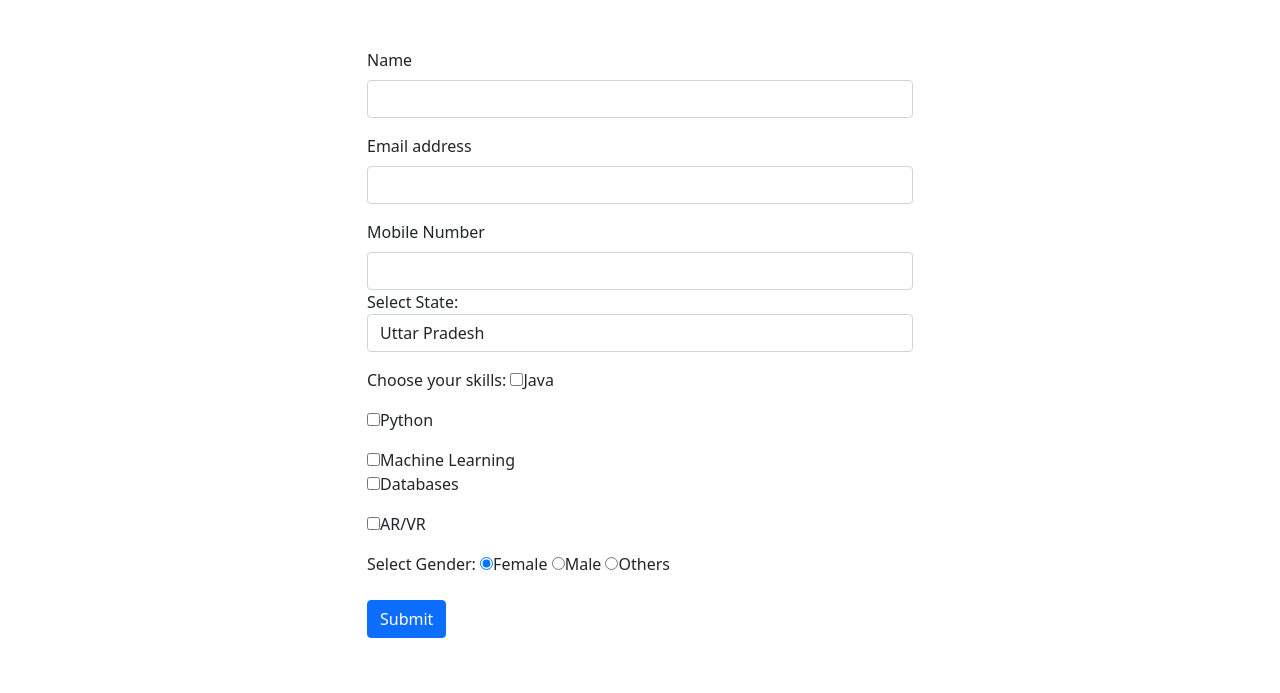
Repository: SimSri-ExtraMarks/FormHandling
Page: formHandling/form.html
An editor plug-in stored every save of this project. The page is shown before and after the next save, followed by the edit.
The browser window is 1280 px wide. The pictures show the whole page.

Above is the page before, as saved 2021-06-26 12:52:32.

After the next save:
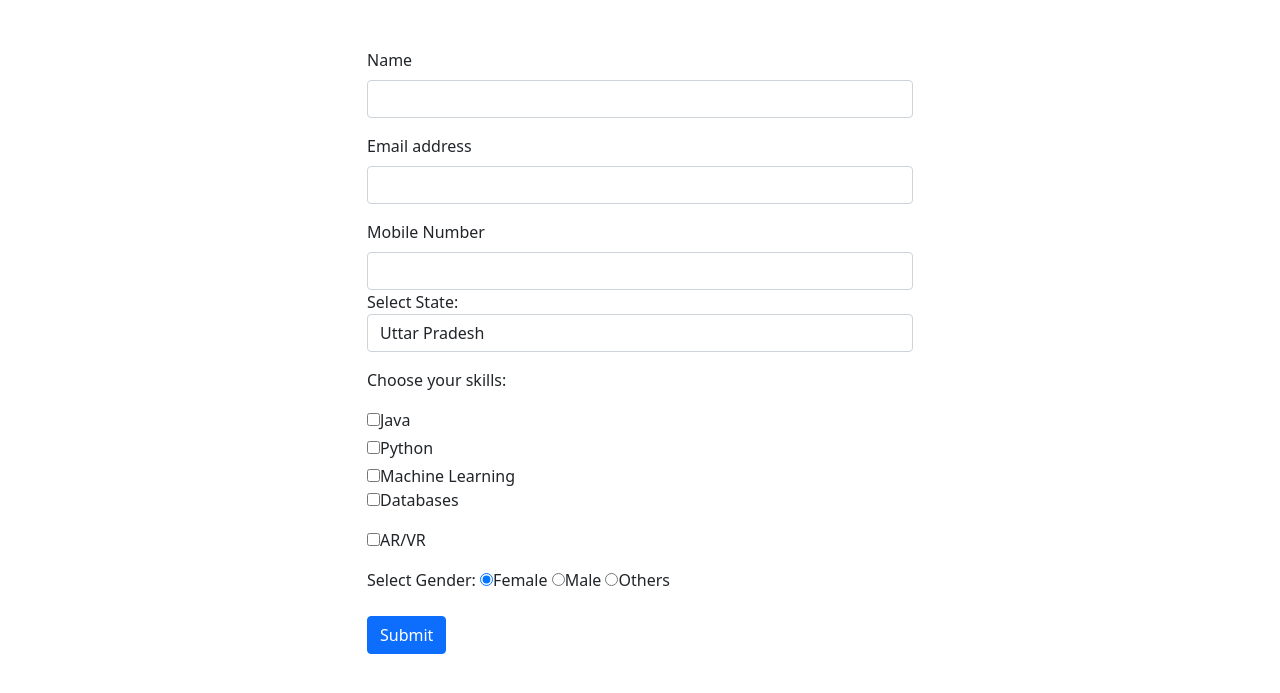
Saved 83 s later.
--- a/formHandling/form.html
+++ b/formHandling/form.html
@@ -41,9 +41,12 @@
 
 						<div class="checkbox mb-3">
 						<label for="exampleInputSkills">Choose your skills:</label>
+						</div>
+	<div class="checkbox mb-1">
   <label><input type="checkbox" value="exampleInputSkills">Java</label>
-</div>
-<div class="checkbox mb-3">
+  </div>
+
+<div class="checkbox mb-1">
   <label><input type="checkbox" value="exampleInputSkills">Python</label>
 </div>
 <div class="checkbox mb-3">
